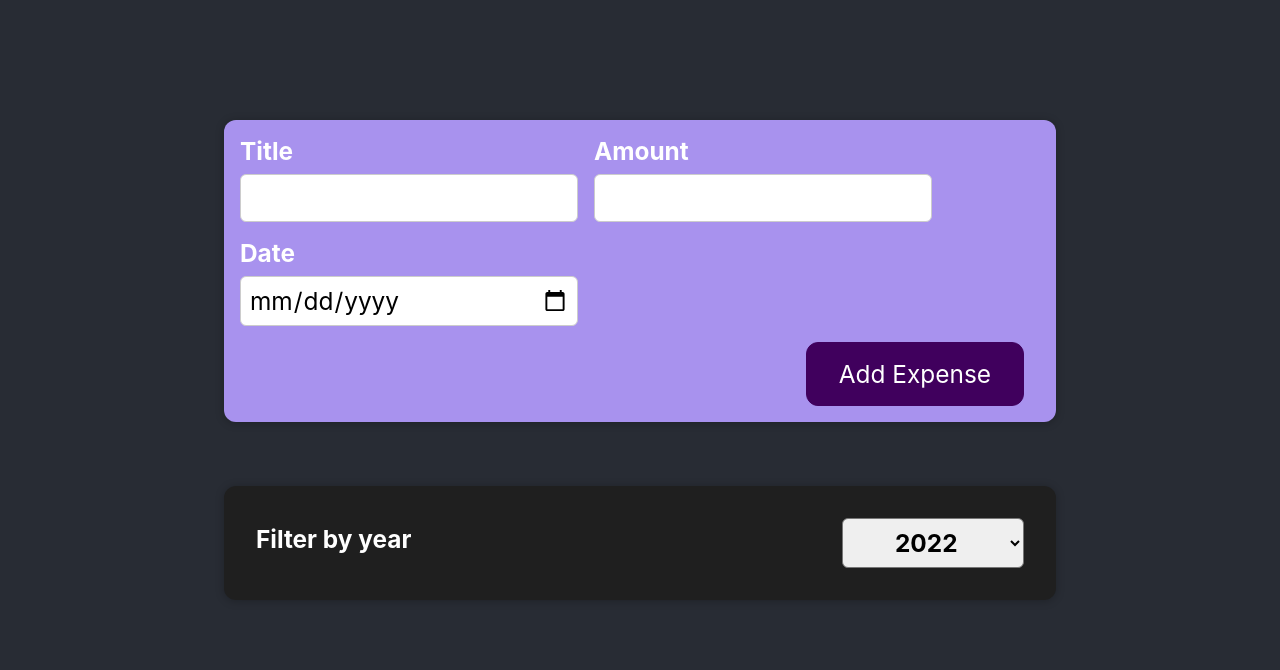
Repository: pakiam/react-demo-1
Page: /
The author's editor kept a copy of each file at every save. The page is drawn from the files as they stood at one save, then again after the next save.
The browser window is 1280 px wide. The pictures show the whole page.
The project was rebuilt for these pictures with package versions that can differ from the ones it lists, and the page was loaded fresh each time. Also part of the build but not shown: src/components/Expenses/ExpenseDate.css, src/components/Expenses/ExpenseDate.js, src/components/Expenses/ExpenseItem.css, src/components/Expenses/ExpenseItem.js.

Above is the page before, as saved 2022-03-08 15:05:58.

After the next save:
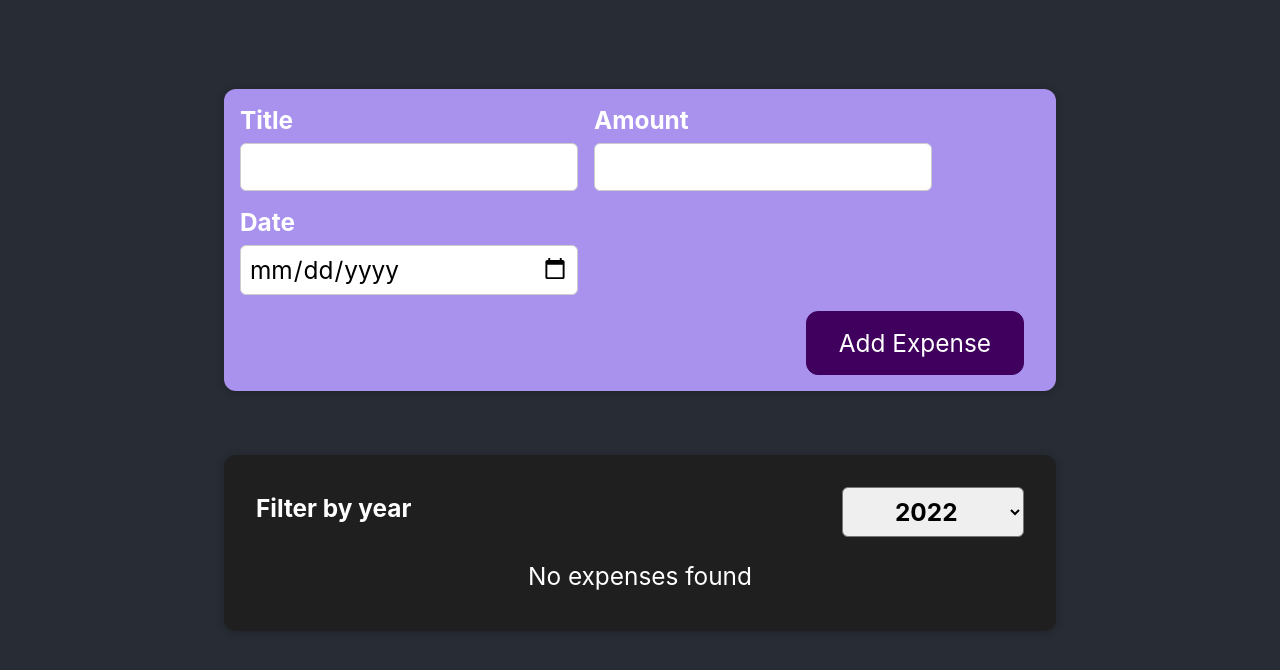
Saved 54 s later.
--- a/src/components/Expenses/Expenses.js
+++ b/src/components/Expenses/Expenses.js
@@ -25,7 +25,7 @@
   return (
     <Card className="expenses">
       <ExpensesFilter value={filteredYear} onChangeFilter={onChangeFilter}/>
-      {filteredExpenses.map(expense => <ExpenseItem key={expense.id} title={expense.title} amount={expense.amount} date={expense.date} />)}
+      {filteredExpenses.length === 0 ? (<p>No expenses found</p>) : (filteredExpenses.map(expense => <ExpenseItem key={expense.id} title={expense.title} amount={expense.amount} date={expense.date} />))}
     </Card>
   )
 }
